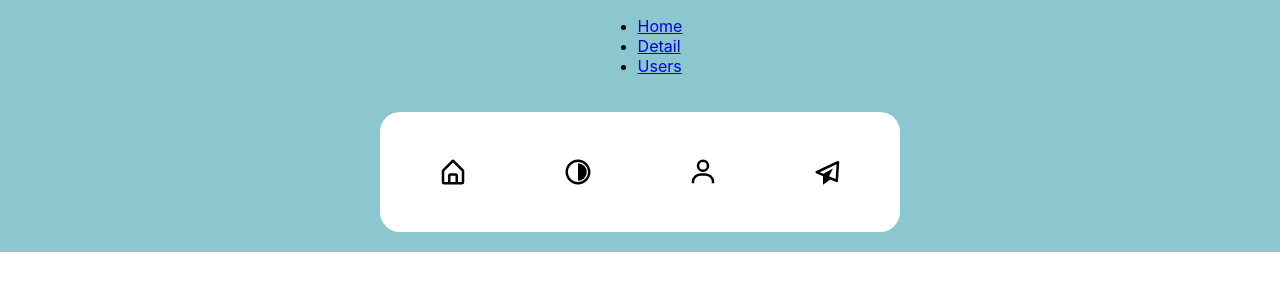
Repository: lethinh2003/pokemon_reactjs
Page: /
The author's editor kept a copy of each file at every save. The page is drawn from the files as they stood at one save, then again after the next save.
The browser window is 1280 px wide. The pictures show the whole page.
The page's requests for data from a server got no answer. The project was rebuilt for these pictures with package versions that can differ from the ones it lists, and the page was loaded fresh each time. A package was used in the major version that the imports need, not the one package.json lists. No one was signed in, and anything a server would have sent is missing. Also part of the build but not shown: src/App.css, src/view/Pokemon.scss, src/styles/pokemonDetail.scss, src/view/PokemonDetail.jsx.

Above is the page before, as saved 2021-11-28 11:28:22.

### public/index.html
<!DOCTYPE html>
<html lang="en">
  <head>
    <meta charset="utf-8" />
    <link rel="icon" href="%PUBLIC_URL%/favicon.ico" />
    <meta name="viewport" content="width=device-width, initial-scale=1" />
    <meta name="theme-color" content="#000000" />
    <meta
      name="description"
      content="Web site created using create-react-app"
    />
    <link rel="apple-touch-icon" href="%PUBLIC_URL%/logo192.png" />


    <!--
      manifest.json provides metadata used when your web app is installed on a
      user's mobile device or desktop. See https://developers.google.com/web/fundamentals/web-app-manifest/
    -->
    <link rel="manifest" href="%PUBLIC_URL%/manifest.json" />
    <!--
      Notice the use of %PUBLIC_URL% in the tags above.
      It will be replaced with the URL of the `public` folder during the build.
      Only files inside the `public` folder can be referenced from the HTML.

      Unlike "/favicon.ico" or "favicon.ico", "%PUBLIC_URL%/favicon.ico" will
      work correctly both with client-side routing and a non-root public URL.
      Learn how to configure a non-root public URL by running `npm run build`.
    -->
    <title>React App</title>
  </head>
  <body>
    <noscript>You need to enable JavaScript to run this app.</noscript>
    <div id="root"></div>
    <!--
      This HTML file is a template.
      If you open it directly in the browser, you will see an empty page.

      You can add webfonts, meta tags, or analytics to this file.
      The build step will place the bundled scripts into the <body> tag.

      To begin the development, run `npm start` or `yarn start`.
      To create a production bundle, use `npm run build` or `yarn build`.
    -->
  </body>
</html>

### src/App.js
import logo from './logo.svg';
import './App.css';
import './styles/body.scss';
import Pokemon from './view/Pokemon';
import PokemonDetail from './view/PokemonDetail';
import Nav from './view/Nav';
import {
  BrowserRouter as Router,
  Switch,
  Route,
  Link
} from "react-router-dom";


function App() {
  return (
    <>

        <div className="container">

        <Router>
        <div>
        <nav>
          <ul>
            <li>
              <Link to="/">Home</Link>
            </li>
            <li>
              <Link to="/detail">Detail</Link>
            </li>
            <li>
              <Link to="/users">Users</Link>
            </li>
          </ul>
        </nav>
        </div>
        <Switch>
          <Route path="/" exact>
            <Nav />
            <Pokemon />
          </Route>

          <Route path="/detail/:id" exact>
          <PokemonDetail />

          </Route>
          <Route path="/">

          </Route>
        </Switch>
        </Router>

        </div>
    </>
  );
}

export default App;

### src/styles/body.scss
.container {
  background-color: rgba(29, 143, 158, 0.507);
  display: flex;
  justify-content: center;
  align-items: center;
  flex-direction: column;
}

.card-body {
  display: flex;
  gap: 20px;
  justify-content: center;
  flex-wrap: wrap;
  position: relative;
}

@media (max-width: 735px) {
  .card-body {
  }
}
.card-item {
  width: 260px;
  height: 350px;
  background-color: rgb(75, 72, 72);
  border-radius: 20px;
  margin-left: 20px;
  position: relative;
  box-shadow: 2px 2px 8px 2px #5e5353;
  background-image: linear-gradient(45deg, #d90e0e, #2016dfcf);
  &:nth-child(2n + 1) {
    background-image: linear-gradient(90deg, #d90e0e, #2016dfcf);
  }

  &__body {
    align-items: center;
    position: absolute;
    background-color: #fff;
    width: 230px;
    height: 325px;
    left: 50%;
    top: 50%;
    transform: translate(-50%, -50%);
    display: flex;
    flex-direction: column;
  }
  &__img {
    height: 255px;
    border-bottom: 2px solid black;
    width: 100%;
    & img {
      width: 100%;
      height: 100%;
      object-fit: contain;
    }
  }
  &__info {
    height: 50px;
    display: flex;
    flex-direction: column;
    align-items: center;
  }
  &__name {
    color: black;
    font-weight: bold;
    text-transform: capitalize;
  }
  &__type {
    font-size: 15px;
    color: white;
    gap: 10px;
    text-transform: capitalize;
    display: flex;
    justify-content: center;
    align-items: center;
  }
  & .type-btn {
    width: 67px;
    height: 16px;
    display: flex;
    justify-content: center;
    align-items: center;
  }
}

.detail {
  background-color: #c5ee0d;
  cursor: pointer;
  color: rgb(66, 46, 46);
  padding: 2px;
  font-weight: bold;
  border-radius: 5px;
}
.pokemon-search {
  margin: 20px;
  color: black;
}
.pokemon-more {
  position: absolute;
  bottom: 0;

  left: 50%;
  transform: translateX(-50%);
  margin: 20px 0;
  background-image: linear-gradient(
    to right,
    rgb(65, 56, 195),
    rgb(46, 6, 226)
  );
  display: flex;
  justify-content: center;
  align-items: center;
  width: 200px;
  height: 50px;
  border-radius: 10px;
  cursor: pointer;
}

### src/view/Pokemon.jsx
import axios from 'axios';
import useFetch from '../custom/useFetch';
import './Pokemon.scss';
import { useState, useEffect, useImperativeHandle } from 'react';
import PokemonDetail from './PokemonDetail';
import 'aos/dist/aos.css';
import {Link} from "react-router-dom";
import Aos from 'aos';
const  Pokemon = () => {
    let { data, isLoading } =  useFetch(`https://pokeapi.co/api/v2/pokemon?limit=100`);
    let currentData =  data.results;

    useEffect(() => {
        Aos.init({
            offset: 80,
            duration: 400,
            easing: 'ease-in-sine',
            delay: 50,
        });

      }, []);

    return(
        <>

        {isLoading === true &&

            <div class="lds-ellipsis"><div></div><div></div><div></div><div></div></div>


            }
            <div className="card-body">

        {isLoading === false && currentData && currentData.length > 0 && currentData.map((item, index) => {
            return(
                <div className="card-item" data-aos="fade-up">
        <div className="card-item__body">
        <div className="card-item__img"><img alt="pokemon" src={`https://img.pokemondb.net/artwork/large/${item.name}.jpg`}/></div>
        <div className="card-item__info">
        <div className="card-item__name">{item.name}</div>
        <div className="card-item__type">
        <Link to={"/detail/" + parseInt(index+1)}><div className="type-btn detail"><span className="desc-type">Detail</span></div></Link>



            {/* <div className="type-btn gass"><span className="desc-type">Gass</span></div>
            <div className="type-btn gass"><span className="desc-type">Gass</span></div> */}



        </div>
        </div>
        </div>

        </div>

            )


        })}

        </div>

        </>


    )


}
export default Pokemon;

### src/view/Nav.jsx
import '../styles/nav.scss';
import { BiHomeAlt, BiAdjust, BiUser, BiPaperPlane } from "react-icons/bi";
const Nav = () => {
    return(
        <>
        <div className="navigation">
            <div className="home">
                <BiHomeAlt />
                <span className="desc-icon">Home</span>
            </div>
            <div className="home">
                <BiAdjust />
                <span className="desc-icon">Home</span>
            </div>
            <div className="home">
                <BiUser />
                <span className="desc-icon">Home</span>
            </div>
            <div className="home">
                <BiPaperPlane />
                <span className="desc-icon">Home</span>
            </div>
        </div>
        </>
    )

}
export default Nav;

### src/custom/useFetch.js
import { useEffect, useState } from "react";
import axios from "axios";
const useFetch = (url) => {
    const [data, setData] = useState([]);
    const [isLoading, setIsLoading] = useState(true);

    useEffect(() => {
        const ourRequest = axios.CancelToken.source() // <-- 1st step

            async function fetchData() {
                try {
                let res = await axios.get(url, {
                    cancelToken: ourRequest.token, // <-- 2nd step
                  })
                let data = (res && res.data) ? res.data : [];
                if (data && data.length > 0) {
                    data.map(item => {

                        return item;
                    })

                }
                setData(data);
                setIsLoading(false);
            }
            catch (err) {
                if (axios.isCancel(err)) {
                    console.log('Request canceled', err.message);
                } else {
                    // handle error
                    setIsLoading(false);
                  }
            }



        }
        fetchData();
        return () => {
            ourRequest.cancel('This is message error!') // <-- 3rd step
          }

    }
    , []);

    return {
        data, isLoading
    }

}

export default useFetch;

### src/styles/nav.scss
.navigation {
  background-color: white;
  height: 100px;
  width: 500px;
  border-radius: 20px;
  margin: 20px;
  padding: 10px;
  display: flex;
  align-items: center;
  justify-content: space-around;
  & .home {
    display: flex;
    justify-content: center;
    align-items: center;
    width: 100px;
    flex-direction: column;
    height: 100px;
    font-size: 30px;
    border-radius: 10px;

    &:hover svg {
      color: rgb(78, 68, 219);
      transform: translateY(-10px);
      transition: all 0.25s;
    }
    & .desc-icon {
      font-size: 20px;
      color: red;
      display: none;
      transition: all 0.25s;
    }
    &:hover .desc-icon {
      display: block;
    }
  }
}

Loaded but not shown: src/index.js (common file); src/index.css (common file); src/reportWebVitals.js (common file)

After the next save:
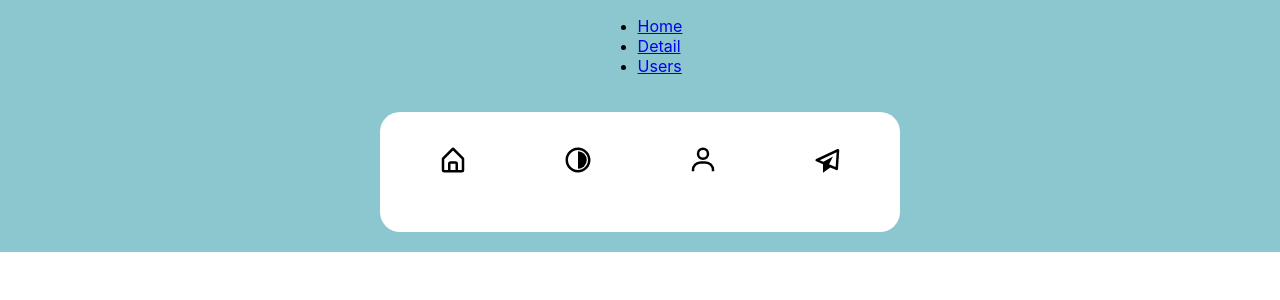
Saved 36 s later.
--- a/src/styles/nav.scss
+++ b/src/styles/nav.scss
@@ -26,11 +26,11 @@
     & .desc-icon {
       font-size: 20px;
       color: red;
-      display: none;
+      opacity: 0;
       transition: all 0.25s;
     }
     &:hover .desc-icon {
-      display: block;
+      opacity: 1;
     }
   }
 }
